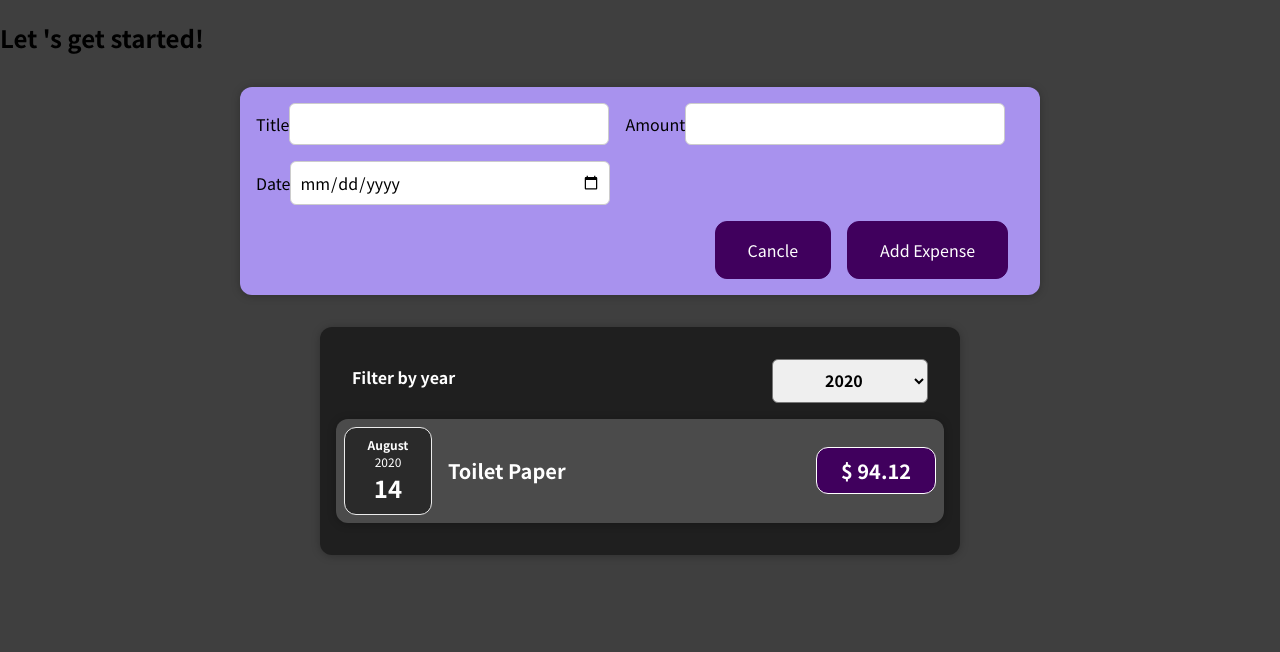
Repository: prathmeshgodbole/react-complete
Page: /
An editor plug-in stored every save of this project. The page is shown before and after a run of saves, followed by the edit.
The browser window is 1280 px wide. The pictures show the whole page.
The project was rebuilt for these pictures with package versions that can differ from the ones it lists, and the page was loaded fresh each time.

Above is the page before, as saved 2021-07-06 17:15:35.

### src/App.js
import React,{useState} from "react";
import Expenses from "./components/Expenses/Expenses";
import NewExpense from "./components/NewExpense/NewExpense";

const DUMMY_EXPENSES = [
  {
    id: 'e1',
    title: 'Toilet Paper',
    amount: 94.12,
    date: new Date(2020, 7, 14),
  },
  { id: 'e2', title: 'New TV', amount: 799.49, date: new Date(2021, 2, 12) },
  {
    id: 'e3',
    title: 'Car Insurance',
    amount: 294.67,
    date: new Date(2021, 2, 28),
  },
  {
    id: 'e4',
    title: 'New Desk (Wooden)',
    amount: 450,
    date: new Date(2021, 5, 12),
  },
];

  const App=()=>{
    const[expenses,setExpenses]=useState(DUMMY_EXPENSES);

  const addExpenseHandler=expense=>{
    setExpenses(prevExpenses=>{
      return[expense,...prevExpenses]
    });
  };

  // return React.createElement(
  //   "div",
  //   {},
  //   React.createElement("h2", {}, "Let's get started.!"),
  //   React.createElement(Expenses, { items: expenses })
  // );

return (
    <div>
      <h2> Let 's get started!</h2>
      <NewExpense onAddExpense={addExpenseHandler}/>
     <Expenses items={expenses}/>
    </div>
  );
}


export default App;

### src/components/Expenses/Expenses.js
import React, { useState } from "react";
import ExpensesList from "./ExpensesList";
import "./Expenses.css";
import Card from "../UI/Card";
import ExpenseFilter from "./ExpenseFilter";

const Expenses = (props) => {
  const [filteredYear, setFilteredYear] = useState("2020");

  const filterChangeHandler = (selectedYear) => {
    setFilteredYear(selectedYear);
  };

  const filteredExpenses = props.items.filter((expense) => {
    return expense.date.getFullYear().toString() === filteredYear;
  });


  return (
    <div>
      <Card className="expenses">
        <ExpenseFilter
          selected={filteredYear}
          onChangeFilter={filterChangeHandler}
        />
        <ExpensesList items={filteredExpenses}/>
        {/* {expensesContent} */}
        {/* 2nd way of Conditional Statement */}
        {/* {filteredExpenses.length === 0 && <p>No Expences Item Found</p>}
        {filteredExpenses.length > 0 &&
          filteredExpenses.map((expense) => (
            <ExpenseItem
              key={expense.id}
              title={expense.title}
              amount={expense.amount}
              date={expense.date}
            />
          ))} */}

        {/* <ExpenseItem
        title={props.items[0].title}
        amount={props.items[0].amount}
        date={props.items[0].date}
      />
      <ExpenseItem
        title={props.items[1].title}
        amount={props.items[1].amount}
        date={props.items[1].date}
      />
      <ExpenseItem
        title={props.items[2].title}
        amount={props.items[2].amount}
        date={props.items[2].date}
      />
      <ExpenseItem
        title={props.items[3].title}
        amount={props.items[3].amount}
        date={props.items[3].date}
      /> */}
      </Card>
    </div>
  );
};

export default Expenses;

### src/components/NewExpense/NewExpense.js
import React from "react";
import ExpenseForm from "./ExpenseForm";
import "./NewExpense.css";
const NewExpense = (props) => {
  const saveExpenseDataHandler = (enteredExpenseData) => {
    const expenseData = {
      ...enteredExpenseData,
      id: Math.random().toString(),
    };
    props.onAddExpense(expenseData);
    // console.log(expenseData);
  };
  return (
    <div className="new-expense">
      <ExpenseForm onSaveExpenseData={saveExpenseDataHandler} />
    </div>
  );
};
export default NewExpense;

### src/components/Expenses/ExpensesList.js
import React from "react";
import ExpenseItem from "./ExpenseItem";
import "./ExpensesList.css";

const ExpensesList = (props) => {

  if (props.items.length === 0) {
    return <h2 className="expenses-list__fallback">Found No Expenses</h2>;
  }

  return (
    <ul className="expenses-list">
      {props.items.map((expense) => (
        <ExpenseItem
          key={expense.id}
          title={expense.title}
          amount={expense.amount}
          date={expense.date}
        />
      ))}
    </ul>
  );
};
export default ExpensesList;

### src/components/Expenses/Expenses.css
.expenses {
    padding: 1rem;
    background-color: rgb(31, 31, 31);
    margin: 2rem auto;
    width: 50rem;
    max-width: 50%;
}

### src/components/UI/Card.js
import React from "react";

import "./Card.css";
const Card = (props) => {
  const classes = "card " + props.className;
  return <div className={classes}> {props.children} </div>;
};

export default Card;

### src/components/Expenses/ExpenseFilter.js
import React from "react";
import "./ExpenseFilter.css";
const ExpenseFilter = (props) => {
  const dropdownChangeHandler = (event) => {
    props.onChangeFilter(event.target.value);
  };
  return (
    <div className="expenses-filter">
      <div className="expenses-filter__control">
        <label> Filter by year </label>
        <select value={props.selected} onChange={dropdownChangeHandler}>
          <option value="2021"> 2021 </option>
          <option value="2022"> 2022 </option>
          <option value="2020"> 2020 </option>
          <option value="2019"> 2019 </option>
        </select>
      </div>
    </div>
  );
};

export default ExpenseFilter;

### src/components/NewExpense/ExpenseForm.js
import React, { useState } from "react";
import "./ExpenseForm.css";

const ExpenseForm = (props) => {
  const [enteredTitle, setEnteredTitle] = useState('');
  const [enteredAmount, setEnteredAmount] = useState('');
  const [enteredDate, setEnteredDate] = useState('');

  // const[userInput,setUserInput]=useState({
  //     enteredTitle:'',
  //     enteredAmount:'',
  //     enteredDate:''
  // });

  const titleChangeHandler = (event) => {
    setEnteredTitle(event.target.value);

    //  2nd Way
    // setUserInput({
    //   ...userInput,
    //   enteredTitle:event.target.value,
    // })

    // 3rd Way
    //     setUserInput((prevState)=>{
    // return{...prevState,enteredTitle:event.target.value};
    //     });
  };

  const amountChangeHandler = (event) => {
    setEnteredAmount(event.target.value);
    // setUserInput({
    //   ...userInput,
    //   enteredAmount:event.target.value,
    // })
  };

  const dateChangeHandler = (event) => {
    setEnteredDate(event.target.value);
    // setUserInput({
    //   ...userInput,
    //   enteredDate:event.target.value,
    // })
  };

  const submitHandler = (event) => {
    event.preventDefault();
    const expenseData = {
      title: enteredTitle,
      amount: enteredAmount,
      date: new Date(enteredDate),
    };
    props.onSaveExpenseData(expenseData);
    // console.log(expenseData);
    setEnteredTitle('');
    setEnteredAmount('');
    setEnteredDate('');
  };

  return (
    <form onSubmit={submitHandler}>
      <div className='new-expense__controls'>
        <div className='new-expense__control'>
          <lable>Title</lable>
          <input
            type='text'
            value={enteredTitle}
            onChange={titleChangeHandler}
          />
        </div>

        <div className='new-expense__control'>
          <lable>Amount</lable>
          <input
            type='number'
            min='0.01'
            step='0.01'
            value={enteredAmount}
            onChange={amountChangeHandler}
          />
        </div>

        <div className='new-expense__control'>
          <lable>Date</lable>
          <input
            type='date'
            min='2019-01-01'
            max='2022-12-31'
            value={enteredDate}
            onChange={dateChangeHandler}
          />
        </div>
      </div>

      <div className='new-expense__actions'>
      <button type='cancle'>Cancle</button>
        <button type='Submit'>Add Expense</button>
      </div>
    </form>
  );
};
export default ExpenseForm;

### src/components/NewExpense/NewExpense.css
.new-expense {
    background-color: #a892ee;
    padding: 1rem;
    margin: 2rem auto;
    width: 50rem;
    max-width: 95%;
    border-radius: 12px;
    text-align: center;
    box-shadow: 0 1px 8px rgba(0, 0, 0, 0.25);
}

.new-expense button {
    font: inherit;
    cursor: pointer;
    padding: 1rem 2rem;
    border: 1px solid #40005d;
    background-color: #40005d;
    color: white;
    border-radius: 12px;
    margin-right: 1rem;
}

.new-expense button:hover,
.new-expense button:active {
    background-color: #510674;
    border-color: #510674;
}

.new-expense button.alternative {
    color: #220131;
    border-color: transparent;
    background-color: transparent;
}

.new-expense button.alternative:hover,
.new-expense button.alternative:active {
    background-color: #ddb3f8;
}

### src/components/Expenses/ExpenseItem.js
import React from "react";
import ExpenseDate from "./ExpenseDate";
import Card from "../UI/Card";
import "./ExpenseItem.css";

const ExpenseItem = (props) => {

  console.log('ExpenseItem Evaluated by REACT..!');
  // let title=props.title;

  // function clickHandler(){}


  return (
    <li>
    <Card className='expense-item'>
      <ExpenseDate date={props.date} />
      <div className='expense-item__description'>
        <h2> {props.title} </h2>
        <div className='expense-item__price'> $ {props.amount} </div>
      </div>
    </Card>
    </li>
  );
};
export default ExpenseItem;

### src/components/UI/Card.css
    .card {
        border-radius: 12px;
        box-shadow: 0 1px 8px rgba(0, 0, 0, 0.25);
    }

### src/components/Expenses/ExpenseDate.js
import React from "react";

import "./ExpenseDate.css";
const ExpenseDate = (props) => {
  const month = props.date.toLocaleString('en-US', { month: 'long' });
  const year = props.date.getFullYear();
  const day = props.date.toLocaleString('en-US', { day: '2-digit' });

  return (
    <div className='expense-date'>
      <div className='expense-date__month'> {month} </div>
      <div className='expense-date__year'> {year} </div>
      <div className='expense-date__day'> {day} </div>
    </div>
  );
};

export default ExpenseDate;

### src/components/Expenses/ExpenseItem.css
.expense-item {
    display: flex;
    justify-content: space-between;
    align-items: center;
    padding: 0.5rem;
    margin: 1rem 0;
    background-color: #4b4b4b;
}

.expense-item__description {
    display: flex;
    flex-direction: column;
    gap: 1rem;
    align-items: flex-end;
    flex-flow: column-reverse;
    justify-content: flex-start;
    flex: 1;
}

.expense-item h2 {
    color: #3a3a3a;
    font-size: 1rem;
    flex: 1;
    margin: 0 1rem;
    color: white;
}

.expense-item__price {
    font-size: 1rem;
    font-weight: bold;
    color: white;
    background-color: #40005d;
    border: 1px solid white;
    padding: 0.5rem;
    border-radius: 12px;
}

@media (min-width: 580px) {
    .expense-item__description {
        flex-direction: row;
        align-items: center;
        justify-content: flex-start;
        flex: 1;
    }
    .expense-item__description h2 {
        font-size: 1.25rem;
    }
    .expense-item__price {
        font-size: 1.25rem;
        padding: 0.5rem 1.5rem;
    }
}

Loaded but not shown: public/index.html (common file); src/index.js (common file); src/index.css (common file); src/components/Expenses/ExpensesList.css (common file); src/components/Expenses/ExpenseFilter.css (common file); src/components/NewExpense/ExpenseForm.css (common file); src/components/Expenses/ExpenseDate.css (common file)

After the next 4 saves:
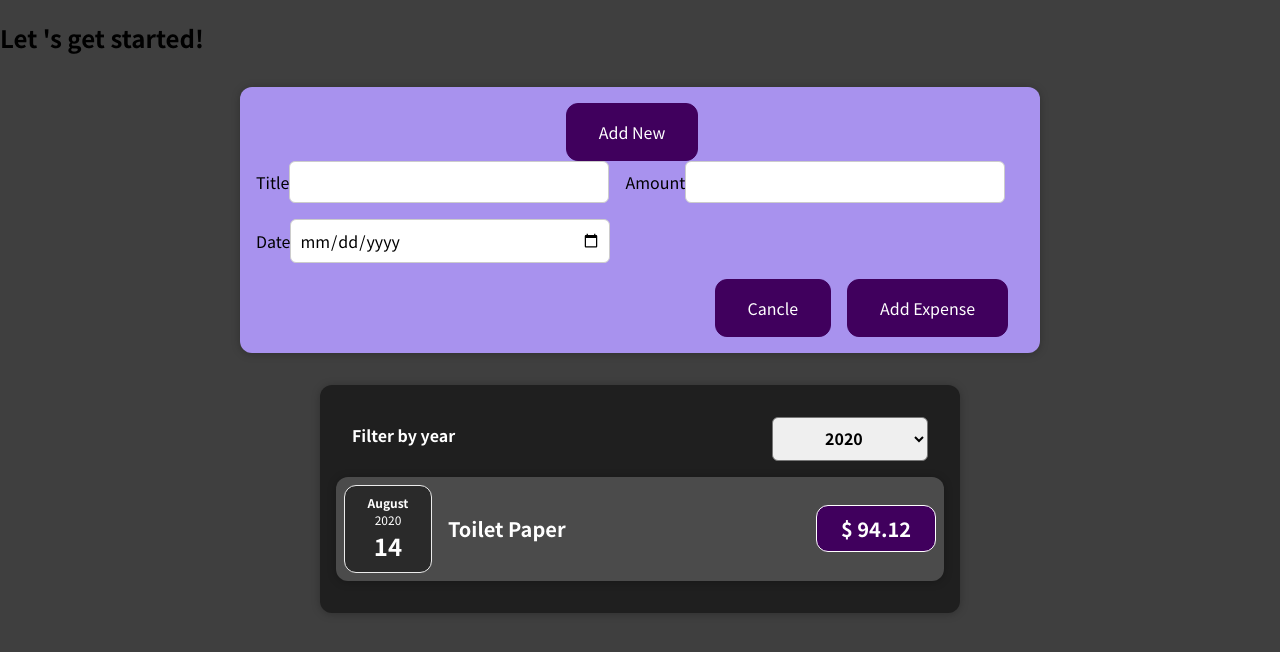
The 4 saves are shown as one change because 1 did not build or start and some came seconds apart.
The last was saved 2 min 46 s later.
--- a/src/components/NewExpense/NewExpense.js
+++ b/src/components/NewExpense/NewExpense.js
@@ -12,6 +12,7 @@ const NewExpense = (props) => {
   };
   return (
     <div className="new-expense">
+    <button>Add New </button>
       <ExpenseForm onSaveExpenseData={saveExpenseDataHandler} />
     </div>
   );
